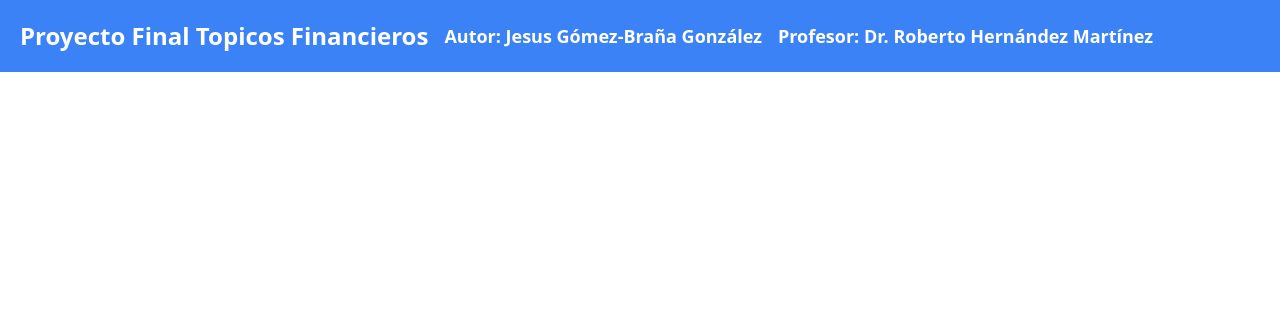
Repository: SistemaACT/Portafolio
Page: /
An editor plug-in stored every save of this project. The page is shown before and after the next save, followed by the edit.
The browser window is 1280 px wide. The pictures show the whole page.
The project was rebuilt for these pictures with package versions that can differ from the ones it lists, and the page was loaded fresh each time. The framework's server and built-in components were replaced by stand-ins that run in the browser. Also part of the build but not shown: svelte.config.js, vite.config.ts.

Above is the page before, as saved 2024-07-07 00:00:32.

### src/routes/+page.svelte
<div class="w-full bg-blue-500 text-white p-5 text-2xl font-bold flex items-center  space-x-4 ">
    <h1>
        Proyecto Final Topicos Financieros
    </h1>
    <p class="text-lg">Autor: Jesus Gómez-Braña González</p>
    <p class="text-lg">Profesor: Dr. Roberto Hernández Martínez</p>

</div>

Loaded but not shown: src/app.html (common file); src/routes/+layout.svelte (common file); src/app.css (common file); tailwind.config.js (common file)

After the next save:
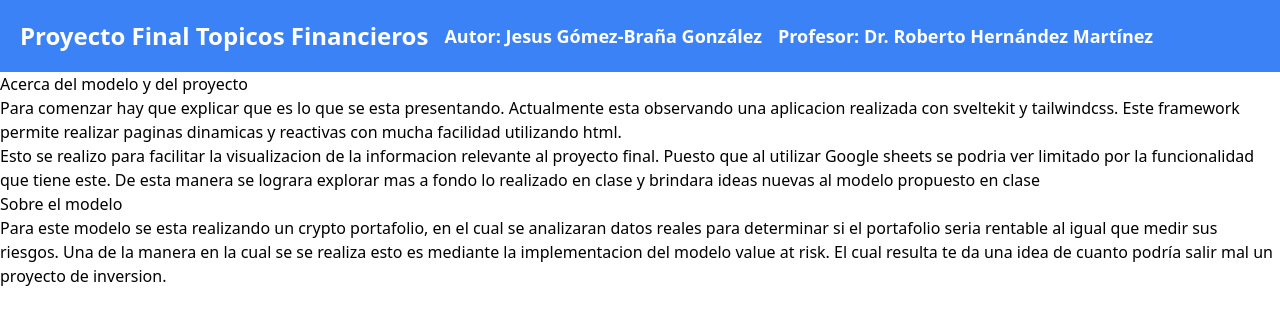
Saved 27 min 4 s later.
--- a/src/routes/+page.svelte
+++ b/src/routes/+page.svelte
@@ -6,3 +6,24 @@
     <p class="text-lg">Profesor: Dr. Roberto Hernández Martínez</p>
 
 </div>
+
+<div>
+    <h2>Acerca del modelo y del proyecto</h2>
+    <p>
+        Para comenzar hay que explicar que es lo que se esta presentando. Actualmente
+        esta observando una aplicacion realizada con sveltekit y tailwindcss. Este framework permite
+        realizar paginas dinamicas y reactivas con mucha facilidad utilizando html.
+    </p>
+    <p>
+        Esto se realizo para facilitar la visualizacion de la informacion relevante al proyecto final.
+        Puesto que al utilizar Google sheets se podria ver limitado por la funcionalidad que tiene este.
+        De esta manera se lograra explorar mas a fondo lo realizado en clase y brindara ideas nuevas al modelo
+        propuesto en clase
+    </p>
+    <h3>Sobre el modelo</h3>
+    <p>
+        Para este modelo se esta realizando un crypto portafolio, en el cual se analizaran datos reales para
+        determinar si el portafolio seria rentable al igual que medir sus riesgos. Una de la manera en la cual se
+        se realiza esto es mediante la implementacion del modelo value at risk. El cual resulta te da una idea de cuanto podría salir mal un proyecto de inversion.
+    </p>
+</div>
